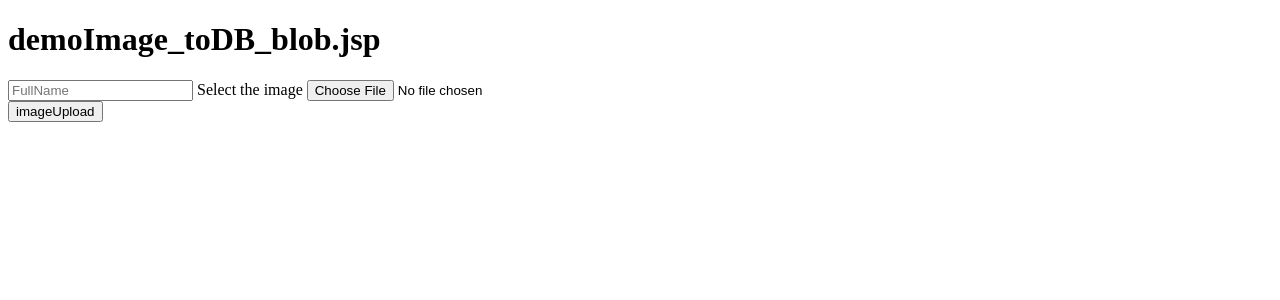
Repository: Ashish4910/CRUD-Image-Upload-using-JSP-and-SERVLET
Page: http://localhost/Image_upload/demoImage_toDB_blob.jsp
The author's editor kept a copy of each file at every save. The page is drawn from the files as they stood at one save, then again after the next save.
The browser window is 1280 px wide. The pictures show the whole page.
The page is served by Tomcat 9.

Above is the page before, as saved 2023-12-18 06:53:00.

After the next save:
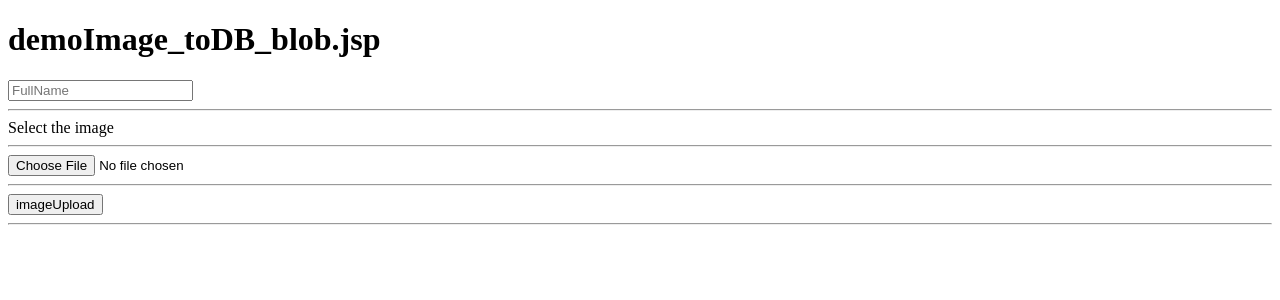
Saved 22 s later.
--- a/Image_upload/src/main/webapp/demoImage_toDB_blob.jsp
+++ b/Image_upload/src/main/webapp/demoImage_toDB_blob.jsp
@@ -12,11 +12,13 @@
 
 	<form action="imageUploadToBD" method="post"
 		enctype="multipart/form-data">
-	<input type="text" name="fullName" placeholder="FullName">
+		<input type="text" name="fullName" placeholder="FullName">
+		<br><hr>
 		<lable> Select the image </lable>
-
-		<input type="file" name="image"> <br> <input
+<br><hr>
+		<input type="file" name="image"> <br><hr> <input
 			type="submit" value="imageUpload">
+			<br><hr>
 	</form>
 </body>
 </html>
